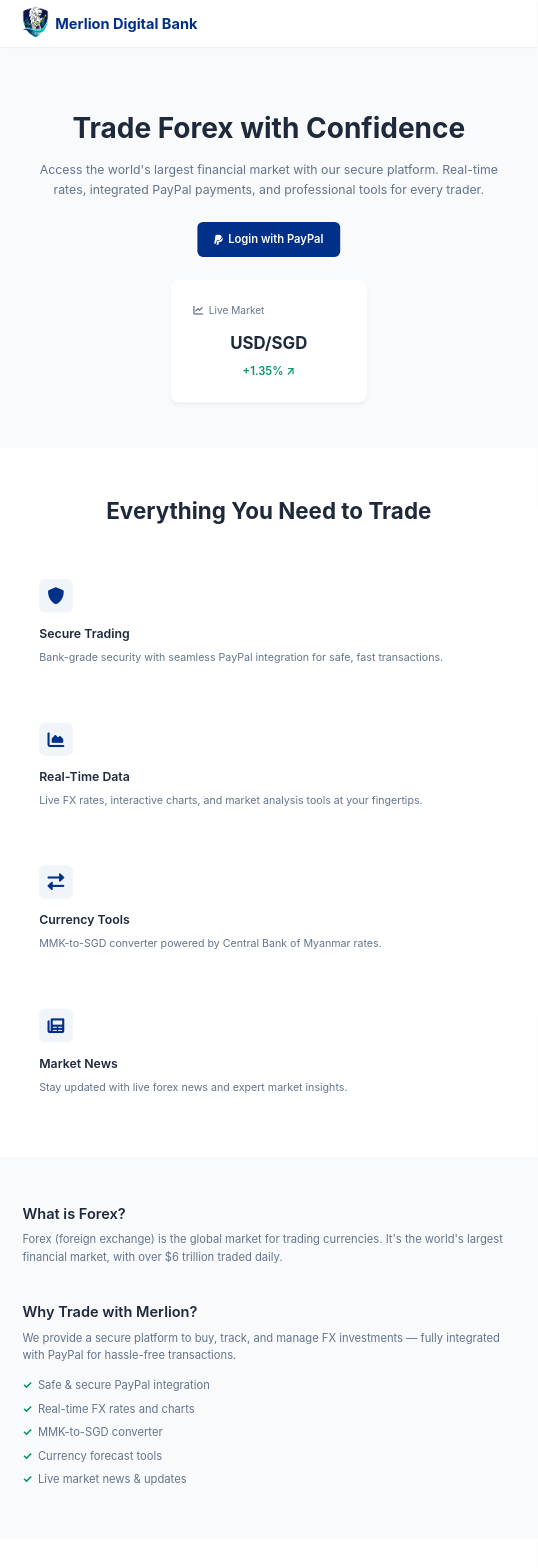
Repository: MayThetNaingBo/MerlionFX-app
Page: http://localhost/
These files come from the project's save history. The page is drawn as it stood at one moment and after the next save; the edit follows.
The browser window is 768 px wide. The pictures show the part of the page from y = 0 to 2240 px (the page is 2526 px tall before and 2843 px after), at 70% of full size.
The page is served by the project's application, run on Flask 3 (app.py).

Above is the page before, as saved 2025-08-07 23:41:30.

### templates/index.html
<!DOCTYPE html>
<html lang="en">
<head>
    <meta charset="UTF-8">
    <meta name="viewport" content="width=device-width, initial-scale=1.0">
    <title>Merlion Digital Bank - Forex Trading Platform</title>
    <link href="https://cdnjs.cloudflare.com/ajax/libs/font-awesome/6.0.0/css/all.min.css" rel="stylesheet">
    <style>
        * {
            margin: 0;
            padding: 0;
            box-sizing: border-box;
        }

        body {
            font-family: -apple-system, BlinkMacSystemFont, 'Segoe UI', Roboto, sans-serif;
            line-height: 1.6;
            color: #333;
            background: #f8fafc;
        }

        /* Navigation */
        .navbar {
            background: white;
            padding: 1rem 0;
            box-shadow: 0 1px 3px rgba(0, 0, 0, 0.1);
            position: fixed;
            width: 100%;
            top: 0;
            z-index: 100;
        }

        .nav-container {
            max-width: 1200px;
            margin: 0 auto;
            padding: 0 2rem;
            display: flex;
            justify-content: space-between;
            align-items: center;
        }

        .logo-container {
            display: flex;
            align-items: center;
            gap: 0.75rem;
        }

        .logo-icon {
            width: 40px;
            height: 40px;
            border-radius: 8px;
            display: flex;
            align-items: center;
            justify-content: center;
            color: white;
            font-size: 1.5rem;
            font-weight: bold;
            padding-top: 5px;
        }

        .logo {
            font-size: 1.5rem;
            font-weight: 700;
            color: #003087;
        }

        .nav-links {
            display: flex;
            list-style: none;
            gap: 2rem;
        }

        .nav-links a {
            color: #64748b;
            text-decoration: none;
            font-weight: 500;
            transition: color 0.2s;
        }

        .nav-links a:hover {
            color: #003087;
        }

        /* Hero Section */
        .hero {
            padding: 8rem 2rem 4rem;
            max-width: 1200px;
            margin: 0 auto;
            display: grid;
            grid-template-columns: 1fr 1fr;
            gap: 4rem;
            align-items: center;
            min-height: 80vh;
        }

        .hero-content h1 {
            font-size: 3rem;
            font-weight: 700;
            color: #1e293b;
            margin-bottom: 1.5rem;
            line-height: 1.1;
        }

        .hero-content p {
            font-size: 1.1rem;
            color: #64748b;
            margin-bottom: 2rem;
        }

        .cta-button {
            display: inline-flex;
            align-items: center;
            gap: 0.5rem;
            background: #003087;
            color: white;
            padding: 0.75rem 1.5rem;
            border: none;
            border-radius: 8px;
            font-weight: 600;
            text-decoration: none;
            transition: all 0.2s;
        }

        .cta-button:hover {
            background: #002060;
            transform: translateY(-1px);
            color: white;
        }

        .hero-visual {
            display: flex;
            justify-content: center;
            gap: 1.5rem;
            flex-wrap: wrap;
        }

        .card {
            background: white;
            padding: 2rem;
            border-radius: 12px;
            box-shadow: 0 4px 6px rgba(0, 0, 0, 0.05);
            width: 280px;
        }

        .card-header {
            display: flex;
            align-items: center;
            gap: 0.5rem;
            margin-bottom: 1rem;
            color: #64748b;
            font-size: 0.9rem;
        }

        .currency-pair {
            font-size: 1.5rem;
            font-weight: 700;
            color: #1e293b;
            margin-bottom: 0.5rem;
        }

        .price-change {
            color: #059669;
            font-weight: 600;
        }

        .logo-card {
            background: linear-gradient(135deg, #003087, #0066cc);
            color: white;
            display: flex;
            flex-direction: column;
            align-items: center;
            justify-content: center;
            text-align: center;
            position: relative;
            overflow: hidden;
        }

        .logo-card::before {
            content: '';
            position: absolute;
            top: -50%;
            right: -50%;
            width: 100%;
            height: 100%;
            background: rgba(255, 255, 255, 0.1);
            border-radius: 50%;
            transform: rotate(45deg);
        }

        .hero-logo-icon {
            font-size: 3rem;
            font-weight: bold;
            margin-bottom: 1rem;
            z-index: 2;
            position: relative;
        }

        .hero-logo-text {
            font-size: 1.2rem;
            font-weight: 600;
            margin-bottom: 0.5rem;
            z-index: 2;
            position: relative;
        }

        .hero-logo-tagline {
            font-size: 0.9rem;
            opacity: 0.9;
            z-index: 2;
            position: relative;
        }

        /* Features Section */
        .features {
            padding: 4rem 2rem;
            background: white;
        }

        .features-container {
            max-width: 1200px;
            margin: 0 auto;
            text-align: center;
        }

        .features h2 {
            font-size: 2rem;
            font-weight: 700;
            color: #1e293b;
            margin-bottom: 3rem;
        }

        .features-grid {
            display: grid;
            grid-template-columns: repeat(auto-fit, minmax(280px, 1fr));
            gap: 2rem;
        }

        .feature {
            padding: 1.5rem;
            text-align: left;
        }

        .feature-icon {
            width: 48px;
            height: 48px;
            background: #f1f5f9;
            border-radius: 8px;
            display: flex;
            align-items: center;
            justify-content: center;
            margin-bottom: 1rem;
            color: #003087;
            font-size: 1.5rem;
        }

        .feature h3 {
            font-size: 1.1rem;
            font-weight: 600;
            color: #1e293b;
            margin-bottom: 0.5rem;
        }

        .feature p {
            color: #64748b;
            font-size: 0.95rem;
        }

        /* Info Section */
        .info-section {
            padding: 4rem 2rem;
            background: #f8fafc;
        }

        .info-container {
            max-width: 800px;
            margin: 0 auto;
        }

        .info-grid {
            display: grid;
            gap: 2rem;
        }

        .info-item h3 {
            font-size: 1.3rem;
            font-weight: 600;
            color: #1e293b;
            margin-bottom: 0.5rem;
        }

        .info-item p {
            color: #64748b;
            margin-bottom: 1rem;
        }

        .benefits-list {
            list-style: none;
            padding: 0;
        }

        .benefits-list li {
            display: flex;
            align-items: center;
            gap: 0.5rem;
            margin-bottom: 0.5rem;
            color: #64748b;
        }

        .benefits-list li::before {
            content: "✓";
            color: #059669;
            font-weight: bold;
        }

        /* CTA Section */
        .cta-section {
            padding: 4rem 2rem;
            background: white;
            text-align: center;
        }

        .cta-section h2 {
            font-size: 2rem;
            font-weight: 700;
            color: #1e293b;
            margin-bottom: 1rem;
        }

        .cta-section p {
            color: #64748b;
            margin-bottom: 2rem;
            max-width: 600px;
            margin-left: auto;
            margin-right: auto;
        }

        /* Responsive */
        @media (max-width: 768px) {
            .hero {
                grid-template-columns: 1fr;
                gap: 2rem;
                text-align: center;
                padding: 10rem 2rem 4rem;
            }

            .hero-content h1 {
                font-size: 2.5rem;
            }

            .nav-links {
                display: none;
            }

            .features-grid {
                grid-template-columns: 1fr;
            }

            .logo {
                font-size: 1.3rem;
            }

            .logo-icon {
                width: 35px;
                height: 35px;
                font-size: 1.2rem;
            }
        }
    </style>
</head>
<body>
    <!-- Navigation -->
    <nav class="navbar">
        <div class="nav-container">
            <div class="logo-container">
                <div class="logo-icon"><img src="../static/images/Merlion.png" style="width: 250%; height: 250%;"></div>
                <div class="logo">Merlion Digital Bank</div>
            </div>
            <ul class="nav-links">
                <li><a href="#home">Home</a></li>
                <li><a href="#features">Features</a></li>
                <li><a href="#about">About</a></li>
            </ul>
        </div>
    </nav>

    <!-- Hero Section -->
    <section class="hero" id="home">
        <div class="hero-content">
            <h1>Trade Forex with Confidence</h1>
            <p>Access the world's largest financial market with our secure platform. Real-time rates, integrated PayPal payments, and professional tools for every trader.</p>
            <a href="/login" class="cta-button">
                <i class="fab fa-paypal"></i>
                Login with PayPal
            </a>
        </div>
        <div class="hero-visual">
            <div class="card">
                <div class="card-header">
                    <i class="fas fa-chart-line"></i>
                    <span>Live Market</span>
                </div>
                <div class="currency-pair">USD/SGD</div>
                <div class="price-change">+1.35% ↗</div>
            </div>
        </div>
    </section>

    <!-- Features Section -->
    <section class="features" id="features">
        <div class="features-container">
            <h2>Everything You Need to Trade</h2>
            <div class="features-grid">
                <div class="feature">
                    <div class="feature-icon">
                        <i class="fas fa-shield-alt"></i>
                    </div>
                    <h3>Secure Trading</h3>
                    <p>Bank-grade security with seamless PayPal integration for safe, fast transactions.</p>
                </div>

                <div class="feature">
                    <div class="feature-icon">
                        <i class="fas fa-chart-area"></i>
                    </div>
                    <h3>Real-Time Data</h3>
                    <p>Live FX rates, interactive charts, and market analysis tools at your fingertips.</p>
                </div>

                <div class="feature">
                    <div class="feature-icon">
                        <i class="fas fa-exchange-alt"></i>
                    </div>
                    <h3>Currency Tools</h3>
                    <p>MMK-to-SGD converter powered by Central Bank of Myanmar rates.</p>
                </div>

                <div class="feature">
                    <div class="feature-icon">
                        <i class="fas fa-newspaper"></i>
                    </div>
                    <h3>Market News</h3>
                    <p>Stay updated with live forex news and expert market insights.</p>
                </div>
            </div>
        </div>
    </section>

    <!-- Info Section -->
    <section class="info-section" id="about">
        <div class="info-container">
            <div class="info-grid">
                <div class="info-item">
                    <h3>What is Forex?</h3>
                    <p>Forex (foreign exchange) is the global market for trading currencies. It's the world's largest financial market, with over $6 trillion traded daily.</p>
                </div>

                <div class="info-item">
                    <h3>Why Trade with Merlion?</h3>
                    <p>We provide a secure platform to buy, track, and manage FX investments — fully integrated with PayPal for hassle-free transactions.</p>

                    <ul class="benefits-list">
                        <li>Safe & secure PayPal integration</li>
                        <li>Real-time FX rates and charts</li>
                        <li>MMK-to-SGD converter</li>
                        <li>Currency forecast tools</li>
                        <li>Live market news & updates</li>
                    </ul>
                </div>
            </div>
        </div>
    </section>

    <!-- CTA Section -->
    <section class="cta-section">
        <h2>Start Trading Today</h2>
        <p>Join thousands of traders who trust Merlion Digital Bank for their forex trading needs.</p>
        <a href="/login" class="cta-button">
            <i class="fab fa-paypal"></i>
            Get Started Now
        </a>
    </section>

    <script>
        // Simple scroll effect for navbar
        window.addEventListener('scroll', function() {
            const navbar = document.querySelector('.navbar');
            if (window.scrollY > 50) {
                navbar.style.boxShadow = '0 2px 10px rgba(0, 0, 0, 0.1)';
            } else {
                navbar.style.boxShadow = '0 1px 3px rgba(0, 0, 0, 0.1)';
            }
        });
    </script>
</body>
</html>

Loaded but not shown: app.py (787 lines, source omitted)

After the next save:
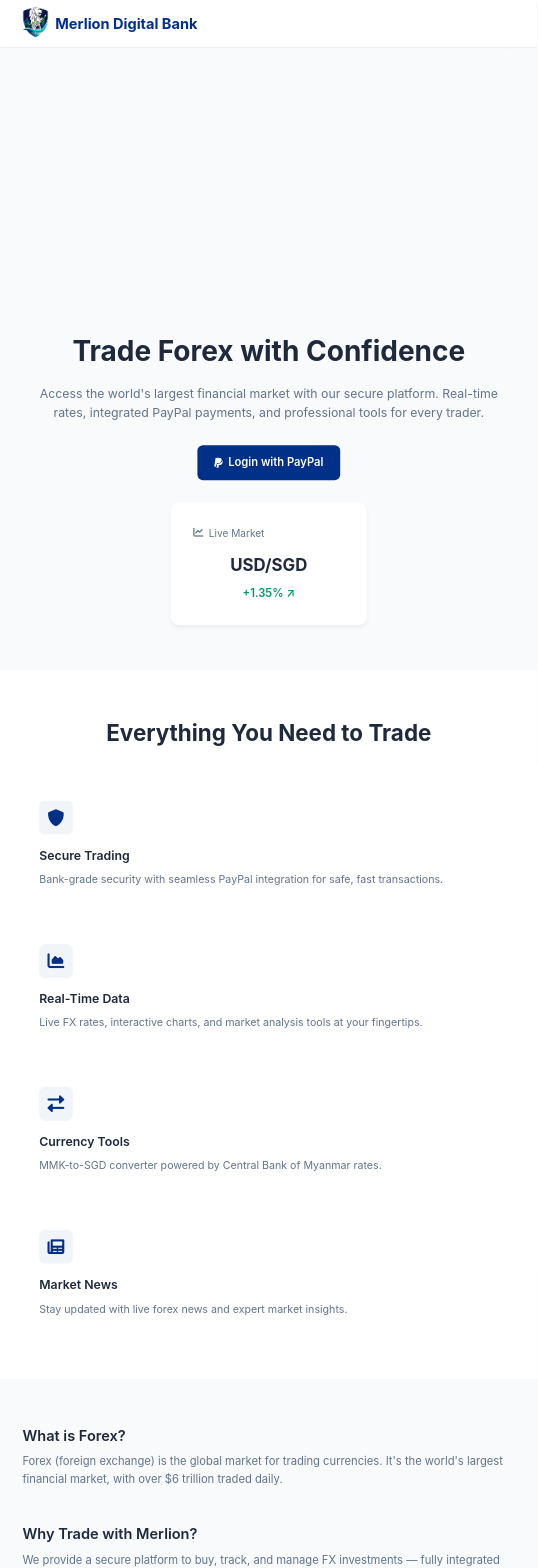
Saved 20 s later.
--- a/templates/index.html
+++ b/templates/index.html
@@ -340,7 +340,7 @@
                 grid-template-columns: 1fr;
                 gap: 2rem;
                 text-align: center;
-                padding: 10rem 2rem 4rem;
+                padding: 30rem 2rem 4rem;
             }
 
             .hero-content h1 {
